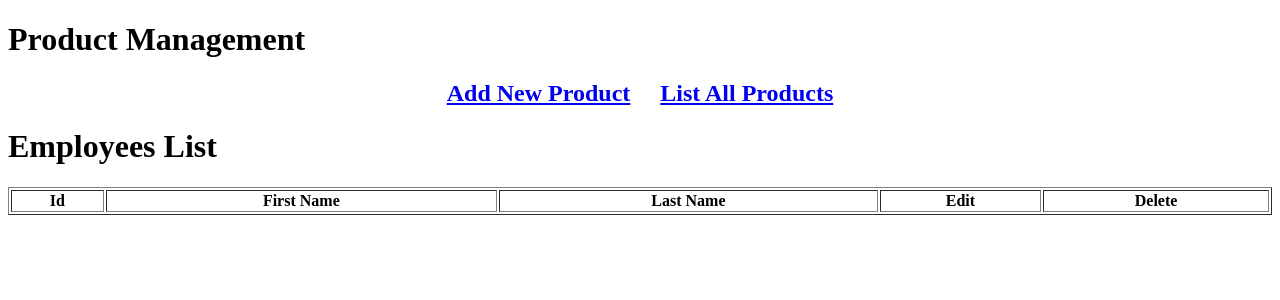
Repository: ngynmichael/Sept2022
Page: http://localhost/MVCCRUD/main.jsp
These files come from the project's save history. The page is drawn as it stood at one moment and after the next save; the edit follows.
The browser window is 1280 px wide. The pictures show the whole page.
The page is served by Tomcat 9. Queries for data that is not in the repository find no rows.

Above is the page before, as saved 2022-10-04 15:27:35.

After the next save:
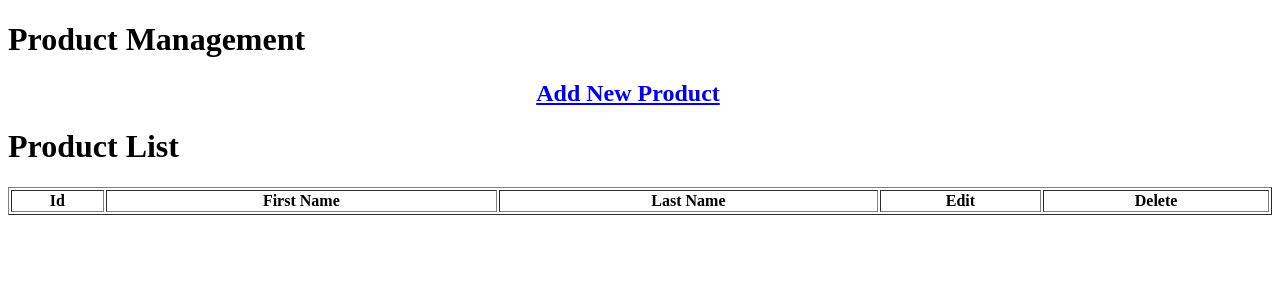
Saved 81 s later.
--- a/Sept2022/MVCCRUD/src/main/webapp/main.jsp
+++ b/Sept2022/MVCCRUD/src/main/webapp/main.jsp
@@ -10,11 +10,10 @@
 	<h1>Product Management</h1>
 	<h2 align="center">
 		<a href="/new">Add New Product</a> &nbsp;&nbsp;&nbsp;
-		<a href="/list">List All Products</a>
 	</h2>
 	<div>
 	<%
-		out.println("<h1>Employees List</h1>");
+		out.println("<h1>Product List</h1>");
 
 		List<Product> list = null;
 		try {
